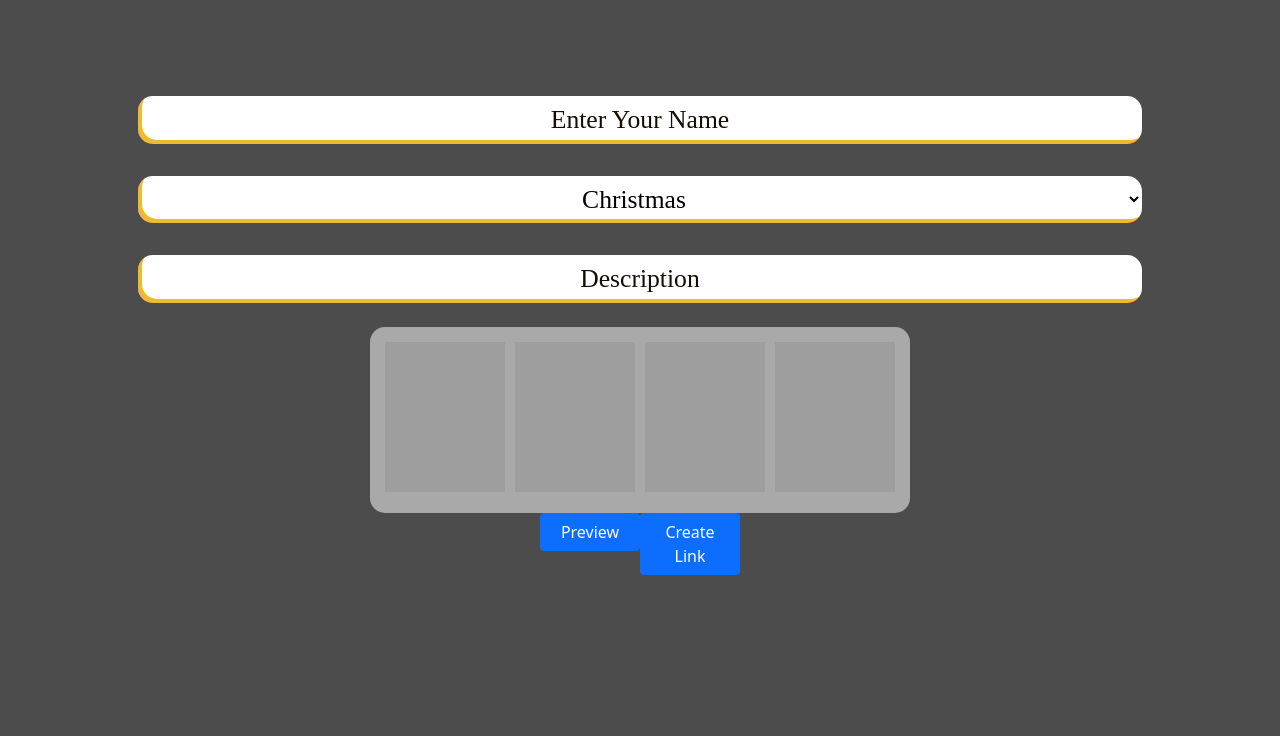
Repository: Haneef-Shaik/Greetings
Page: /
An editor plug-in stored every save of this project. The page is shown before and after the next save, followed by the edit.
The browser window is 1280 px wide. The pictures show the whole page.
Pictures or frames that could not be fetched are drawn as grey boxes. The project was rebuilt for these pictures with package versions that can differ from the ones it lists, and the page was loaded fresh each time. The framework's server and built-in components were replaced by stand-ins that run in the browser. Also part of the build but not shown: next.config.js, styles/card.module.scss, components/card.js, styles/socialShare.module.scss, components/socialShare.js.

Above is the page before, as saved 2021-12-01 21:08:09.

After the next save:
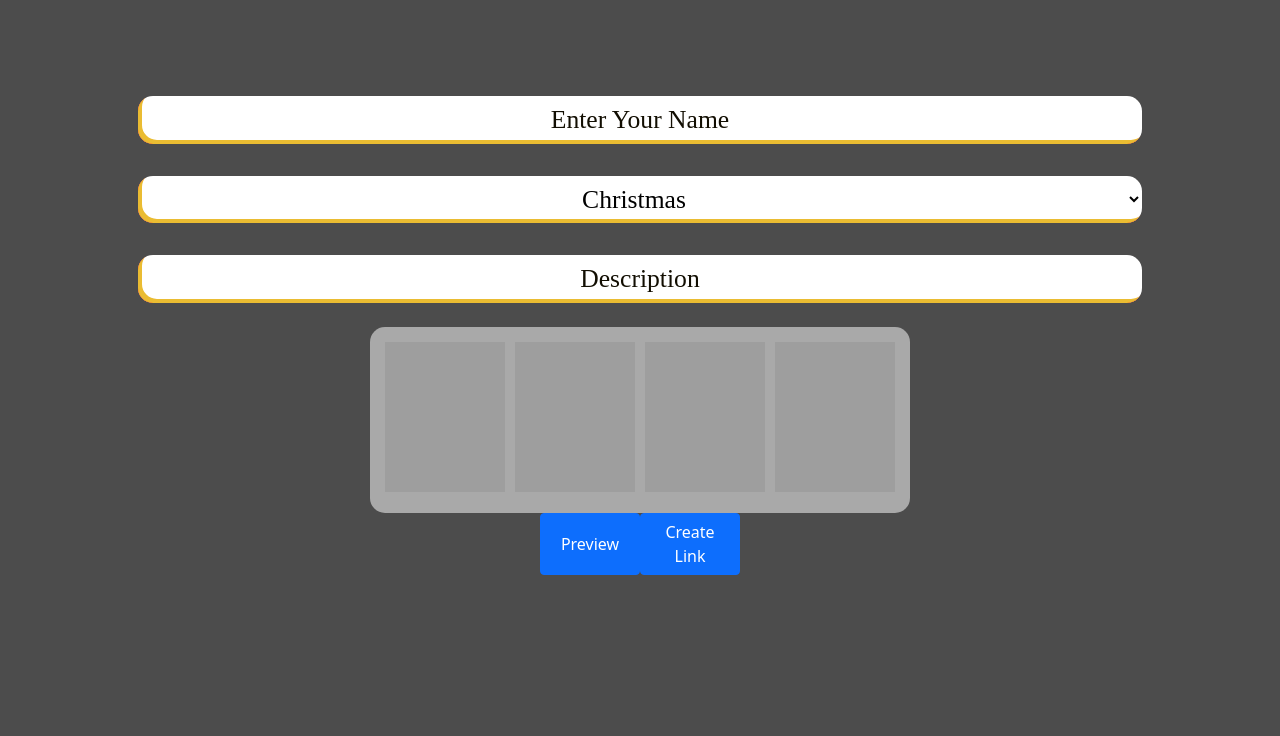
Saved 12 s later.
--- a/components/form.js
+++ b/components/form.js
@@ -65,8 +65,8 @@ function Edit() {
 
                                 <div className="footerBanner">
                                     <div className="row">
-                                        <div className="col p-0 m-0 text-center"><button className="btn btn-primary" style={{width:100}} >Preview</button></div>
-                                        <div className="col p-0 m-0 text-center"><button className="btn btn-primary" style={{width:100}} > Create Link </button></div>
+                                        <div className="col p-0 m-0 d-grid align-center"><button className="btn btn-primary" style={{width:100}} >Preview</button></div>
+                                        <div className="col p-0 m-0 d-grid align-center"><button className="btn btn-primary" style={{width:100}} > Create Link </button></div>
                                     </div>
                                 </div>
                             </form>
